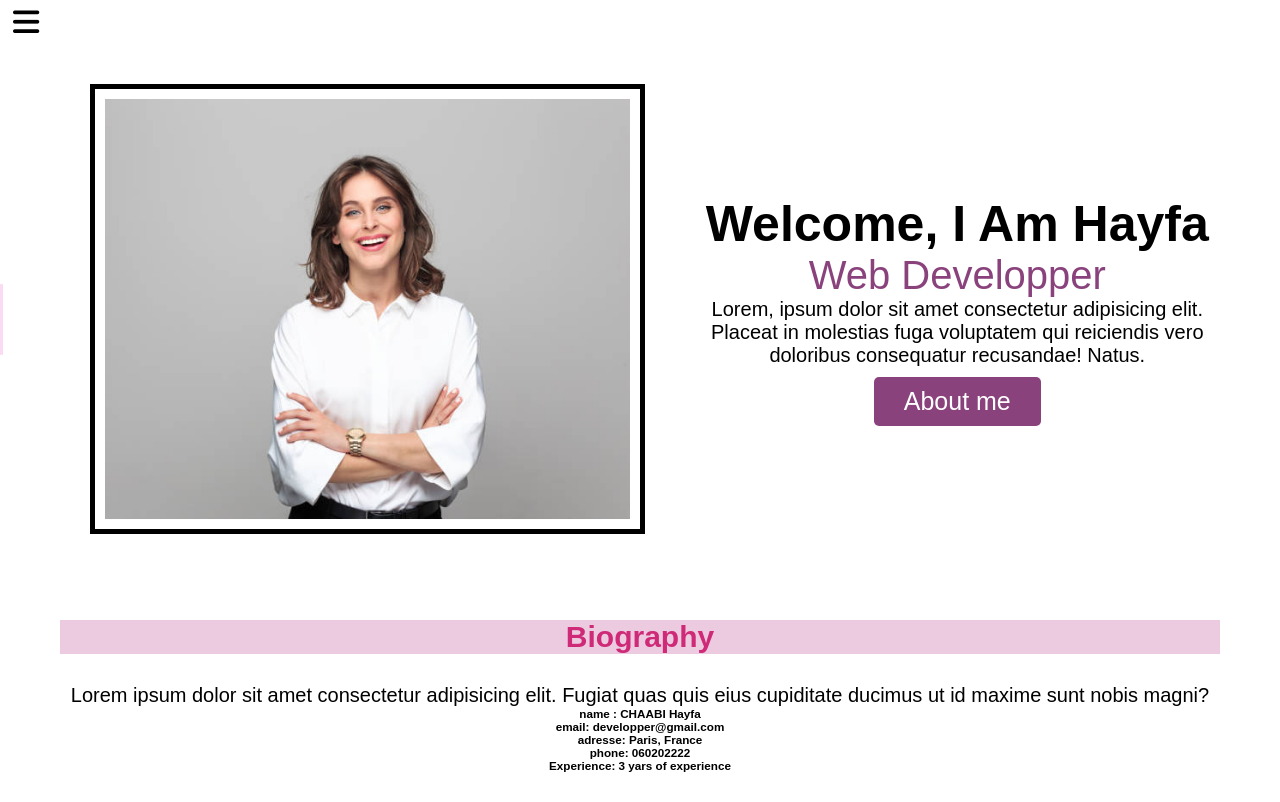
Repository: haifabilel/portfolio_project
Page: http://localhost/
These files come from the project's save history. The page is drawn as it stood at one moment and after the next save; the edit follows.
The browser window is 1280 px wide. The pictures show the whole page.
Some web fonts or font styles are not loaded; a fallback is used. The page is run by PHP 8.4 with error messages shown; the project is at /var/www/html/.

Above is the page before, as saved 2023-09-15 21:03:44.

### index.php
<!DOCTYPE html>
<html lang="fr">
<head>
    <meta charset="UTF-8">
    <meta name="viewport" content="width=device-width, initial-scale=1.0">
    <title>Portfolio</title>
    <!-- Font awesome cdn -->
    <link rel="stylesheet" href="https://cdnjs.cloudflare.com/ajax/libs/font-awesome/6.4.2/css/all.min.css">
    <!-- css link -->
    <link rel="stylesheet" href="css/style.css"
</head>
<body>
<!-- Header Section Starts -->
<header class="header">
<div id="menu-btn" class="fas fa-bars"></div>

    <a href="#home" class="logo">
       <img src="asset/logo.png" class="logo" alt="image-logo">
    </a>
<nav class="navbar">
    <a href="#home"class="active">Home</a>
    <a href="#about">About me</a>
    <a href="#portfolio">portfolio</a>
    <a href="#contact">Contact me</a>
</nav>
<div class="follow">
<a href="#" class="fab fa-facebook"></a>
<a href="#" class="fab fa-twitter"></a>
<a href="#" class="fab fa-instagram"></a>
<a href="#" class="fab fa-linkedin"></a>
<a href="#" class="fab fa-github"></a>
</div>
</header>

<!-- Header Section Ends -->
<!-- Home Section Starts -->
<section class="home" id="home">
    <div class="image">
        <img src="asset/photo-femme.jpg" alt="photo-femme" class="image-profil" >
    </div>
 <div class="content">
    <h1>Welcome, i am hayfa</h1>
    <span>Web Developper</span>
    <p>Lorem, ipsum dolor sit amet consectetur adipisicing elit. Placeat in molestias fuga voluptatem qui reiciendis vero doloribus consequatur recusandae! Natus.</p>
    <a href="#about" class="btn">About me</a>
 </div>
</section>
<!-- Home Section Ends -->
<!-- about Section Starts -->
<section class="about"  id="about">
    <h2 class="myBio">Biography</h2>
    <div class="biography">
        <p>Lorem ipsum dolor sit amet consectetur adipisicing elit.
             Fugiat quas quis eius cupiditate ducimus ut id maxime sunt nobis magni? </p>
    <h3> name : CHAABI Hayfa </h3>
    <h3> email: developper@gmail.com </h3>
    <h3> adresse: Paris, France </h3>
    <h3> phone: 060202222 </h3>
    <h3>Experience: 3 yars of experience </h3>

    </div>




</section>




<!-- about Section Ends -->











<script src="js/script.js"></script>
</body>
</html>

### css/style.css
@import url('https://fonts.googleapis.com/css2?family=Crimson+Text:wght@400;600&family=EB+Garamond:wght@400;500;600&family=Lora:ital@1&family=Nanum+Myeongjo:wght@400;700;800&family=Poppins:ital,wght@1,200;1,300;1,400;1,500&display=swap');
:root{
    --black:#000;
    -white:#fff;
    --pinkLight:#ce2a77;
    --pink:#8e6787;
    --light-bg:#eccbe1;
    --border-bold:.4rem solid var(--pink);
    --box--shadow:7px 6px 5px 0px rgba(0,0,0,0.4);
}
*{
    font-family: 'EB Garamond', 'Arial',' sans-serif';
    margin: 0;
    padding:0;
    box-sizing: border-box;
    outline:none;
    border:none;
    text-decoration:none;

}
*{
    background-color: var(--white);

}
*::-webkit-scrollbar{
    height:.5rem;
    width:1rem;
   }
*::-webkit-scrollbar-track{
    background-color: transparent;
}
*::-webkit-scrollbar-thumb{
    background-color: var(--pink);
}
html{
    font-size:62.5%;
    overflow-x: hidden;
    scroll-behavior: smooth;
}
section{
    padding:3rem 2rem;
    margin:0 auto;
    max-width:1200px;
    text-align: center;

}
body{
 overflow: hidden;
 transition:.2s linear !important;
 text-align: center;
}
body.active{
  padding-left:35rem;
}

/* <!-- Body Section Ends --> */
/* <!-- Header Section Starts --> */
.header{
    position:fixed;
    top:0;left:-35rem;
    height:100vh;
    background-color:var(--white);
    border-right:var(--border-bold);
    width:35rem;
    padding:3rem 2rem;
    text-align:center;
    display: flex;
    align-items: center;
    justify-content: space-between;
    flex-flow: column;
    transition:.2s linear !important;
    text-align: center;
    margin-top
}
header .navbar{
    width: 100%;
    margin-top:-30px;

}
header .navbar a{
    text-decoration: none;
    font-size: 2.5rem;
    padding:1.5rem;
    margin:.3rem;
    display:block;
}
header .navbar a.active,
header .navbar a:hover{
 background-color: #f0aae46b;
 transform: scale(1.2);
}
.header .follow a{
    font-size:2.5rem;
    margin:0 1rem;
    color:#8a427d;
}
.header .follow a:hover{
    transform: scale(2.1);
}
#menu-btn{
   position: absolute;
   top:0; right:-5.5rem;
   height:4.5rem;
   line-height: 4.5rem;
   width:5rem;
   font-size: 3rem;
   cursor: pointer;
   color: var(--white);
}
.logo{
    margin-top: -30px;
    height: 190px;
}
header.active{
   left:0;
}
/* Header Section Ends */
 /* Home Section Starts  */
.home{
    margin-top:-50px;
    display:flex;
    align-items: center;
    flex-wrap:wrap;
    gap:2rem;
    min-height: 100vh;
}
h1{
    font-size: 5rem;
    text-transform:capitalize;
}
 span{
    color:#8a427d;
    font-size: 4rem;

}
p{
    font-size: 2rem;
}
.home .image img{
    height:45rem;
    padding:1rem;
    margin:30px;
    border :5px solid black;

}
.home .image{
    flex:1 1 40rem;
}
.home .content{
    flex:1 1 40rem;
}
.btn{
    display: inline-block;
    margin-top:1rem ;
    cursor: pointer;
    padding:1rem 3rem;
    background-color: #8a427d;
    color:#fff;
    border-radius: 5px;
    font-size: 2.5rem;
}
.btn:hover{
    transform: scale(1.1);
    transition: 0.5s;;
}
/* Home Section Ends */
/* About section starts */
h2{
    margin-top: -80px;
    margin-bottom:3rem;
    text-align: center;
    font-size: 3rem;
    color: var(--pinkLight);
    background-color: var(--light-bg);

}



/* About section ends */








/* media queries */
@media (max-widht:991px){
    html{
        font-size: 55%;
    }
    body .active{
        padding-left: 0;
    }
}

@media (max-widht:450px){
    html{
        font-size: 50%;
    }
    .header.active{
        padding-top:7rem;
    }
    #menu-btn.fa-times{
        right:0;
    }
    .home .image img{
     height:auto;
     width:100%;


    }
}

### js/script.js
let menu = document.querySelector('#menu-btn');
let header = document.querySelector('.header');

// Button toggle
menu.onclick = () =>{
   menu.classList.toggle('fa-times');
   header.classList.toggle('active');
   document.body.classList.toggle('active');
}

window.onscroll = () =>{
    if(window.innerWidth < 991){
        menu.classList.remove('fa-times');
        header.classList.remove('active') ;
        document.body.classList.remove('active');
    }
}

After the next save:
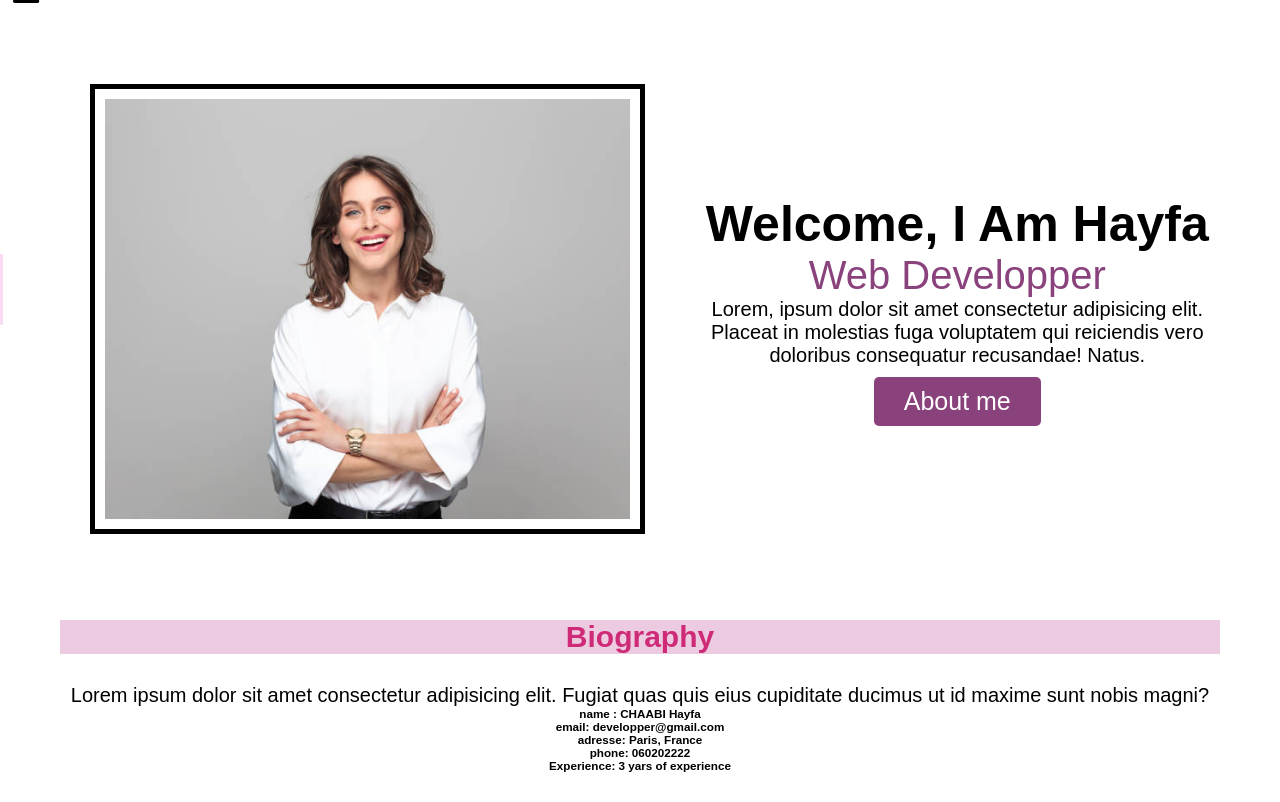
Saved 4 s later.
--- a/css/style.css
+++ b/css/style.css
@@ -70,7 +70,7 @@ body.active{
     flex-flow: column;
     transition:.2s linear !important;
     text-align: center;
-    margin-top
+    margin-top:-30px
 }
 header .navbar{
     width: 100%;
